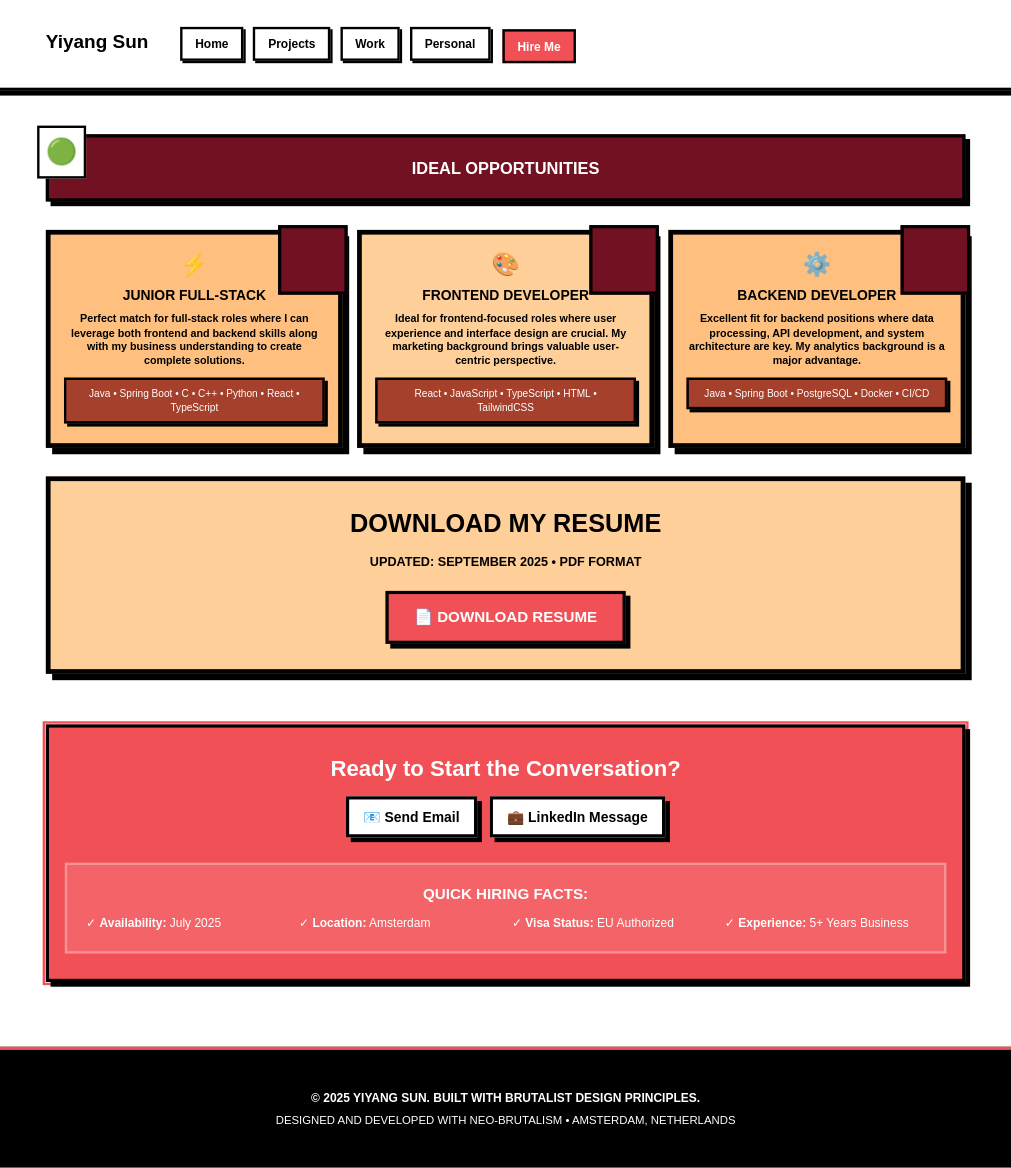
Repository: miloyiyangsun/yiyangsun.github.io
Page: .superdesign/design_iterations/yiyang_hireme_v2.html
An editor plug-in stored every save of this project. The page is shown before and after the next save, followed by the edit.
The browser window is 1280 px wide. The pictures show the whole page, at 79% of full size.

Above is the page before, as saved 2025-09-03 18:28:54.

After the next save:
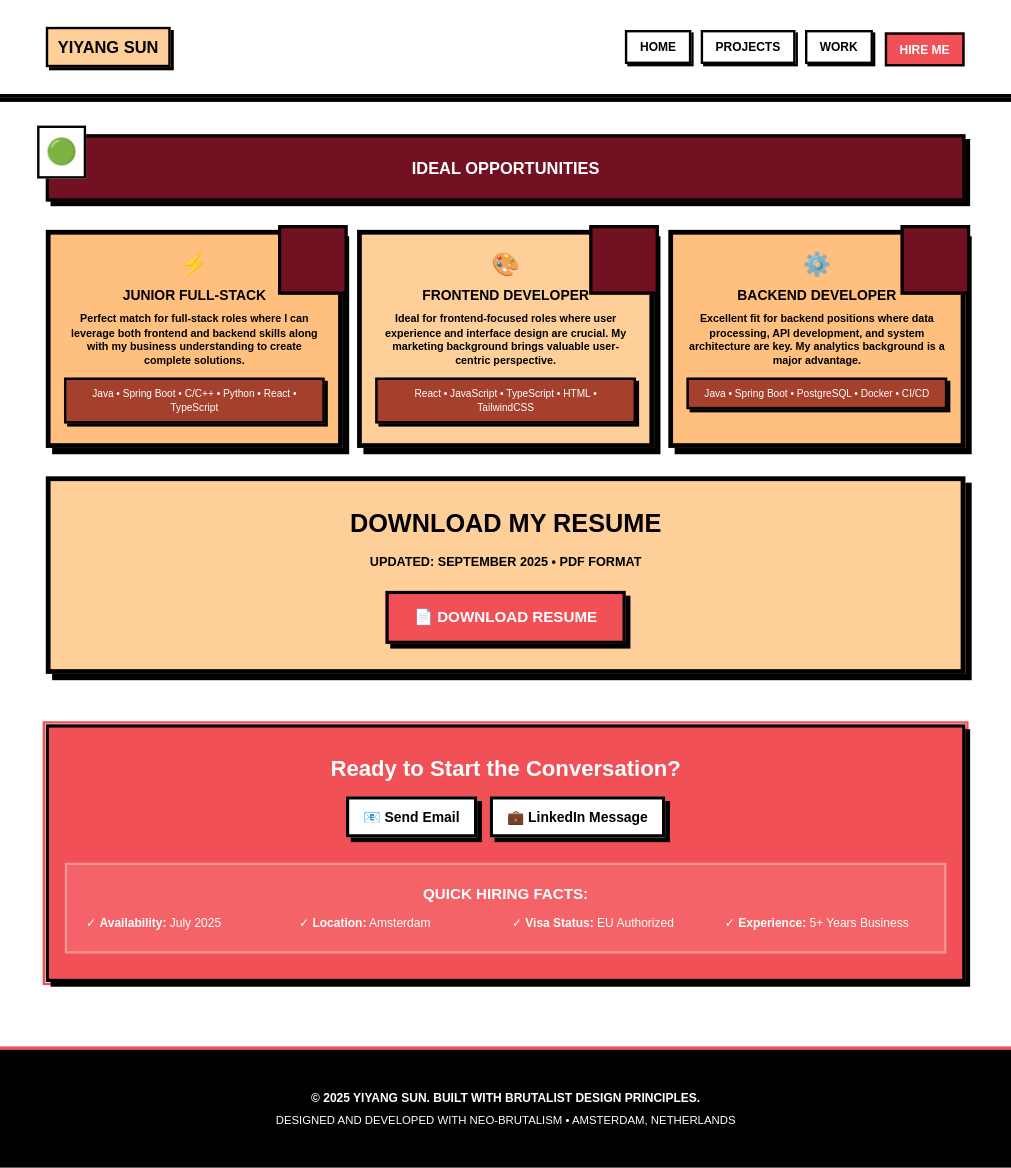
Saved 26 s later.
--- a/.superdesign/design_iterations/yiyang_hireme_v2.html
+++ b/.superdesign/design_iterations/yiyang_hireme_v2.html
@@ -20,6 +20,27 @@
             max-width: 1200px;
             margin: 0 auto;
             padding: 18px;
+        }
+
+        /* Navigation Layout - Right Align */
+        .brutalist-nav .main-container {
+            display: flex;
+            justify-content: space-between;
+            align-items: center;
+        }
+
+        .nav-links {
+            display: flex;
+            gap: 4px;
+        }
+
+        /* Navigation Brand - Brutalist */
+        .nav-brand {
+            background: #FFCF99;
+            border: 3px solid #000000;
+            padding: 8px 12px;
+            box-shadow: 4px 4px 0 #000000;
+            font-weight: 900;
         }
 
         /* Hero CTA - Brutal */
@@ -363,12 +384,13 @@
     <!-- Brutalist Navigation -->
     <nav class="brutalist-nav">
         <div class="main-container">
-            <strong style="font-size: 1.5rem; margin-right: 32px;">Yiyang Sun</strong>
-            <a href="yiyang_home_v2.html" class="brutalist-nav-item">Home</a>
-            <a href="yiyang_projects_v2.html" class="brutalist-nav-item">Projects</a>
-            <a href="yiyang_work_v2.html" class="brutalist-nav-item">Work</a>
-            <a href="yiyang_personal_v2.html" class="brutalist-nav-item">Personal</a>
-            <a href="yiyang_hireme_v2.html" class="brutalist-nav-item active">Hire Me</a>
+            <strong class="nav-brand" style="font-size: 1.3rem;">YIYANG SUN</strong>
+            <div class="nav-links">
+                <a href="yiyang_home_v2.html" class="brutalist-nav-item">HOME</a>
+                <a href="yiyang_projects_v2.html" class="brutalist-nav-item">PROJECTS</a>
+                <a href="yiyang_work_v2.html" class="brutalist-nav-item">WORK</a>
+                <a href="yiyang_hireme_v2.html" class="brutalist-nav-item active">HIRE ME</a>
+            </div>
         </div>
     </nav>
 
@@ -408,7 +430,7 @@ Email Me Today
                         along with my business understanding to create complete solutions.
                     </div>
                     <div class="skills-match">
-                        Java • Spring Boot • C • C++ • Python • React • TypeScript
+                        Java • Spring Boot • C/C++ • Python • React • TypeScript
                     </div>
                 </div>
 
@@ -473,7 +495,7 @@ Email Me Today
         <section class="resume-section">
             <div class="resume-title">Download My Resume</div>
             <div class="resume-info">Updated: September 2025 • PDF Format</div>
-            <a href="#" class="download-button">📄 Download Resume</a>
+            <a href="../../assets/resume/Yiyang-Sun-Resume.pdf" class="download-button" download="Yiyang-Sun-Resume.pdf">📄 Download Resume</a>
         </section>
 
         <!-- Contact Information -->
